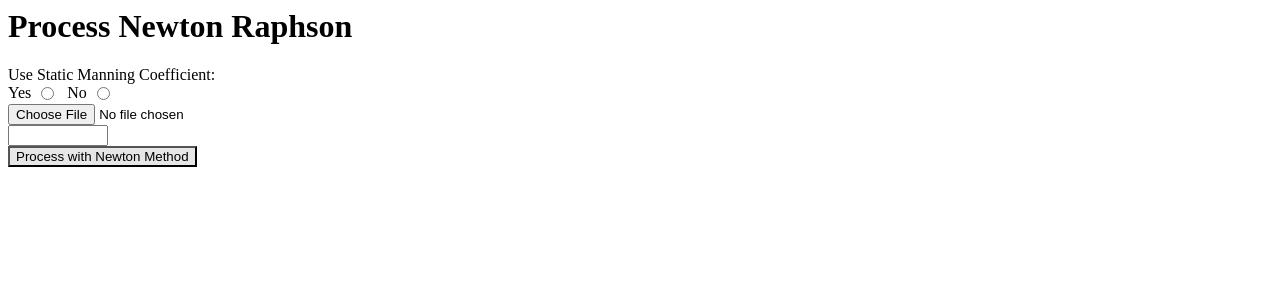
Repository: shape87/FloodAnalysis
Page: FloodAnalysis27/Web/templates/process.html
These files come from the project's save history. The page is drawn as it stood at one moment and after the next save; the edit follows.
The browser window is 1280 px wide. The pictures show the whole page.

Above is the page before, as saved 2017-01-23 14:53:19.

After the next save:
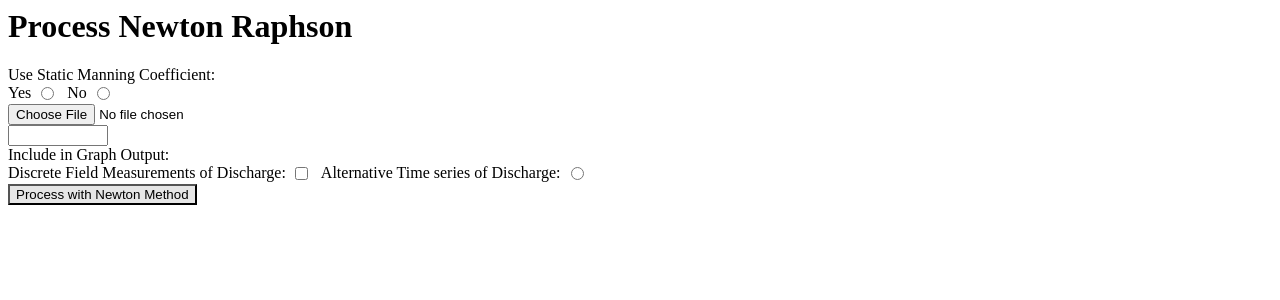
Saved 4 min 36 s later.
--- a/FloodAnalysis27/Web/templates/process.html
+++ b/FloodAnalysis27/Web/templates/process.html
@@ -13,7 +13,7 @@
 
 	 <div id="table_calc">
 	 	<div class="form-group">
-		  <input id="channel_properties_file" type="file" name="channel_properties_file" />
+		  <input id="manning_file" type="file" name="manning_file" />
 	 	</div>
 	 </div>
 
@@ -22,6 +22,17 @@
 		  <input style="width: 100px" type="text" class="form-control"
 		  id="manning_coef" name="manning_coef" />
 		</div>
+	 </div>
+
+	 <div class="form-group">
+		  <label>Include in Graph Output:</label><br />
+		  <div style="height: 20px">
+		  <label style="float:left; margin-right: 5px">Discrete Field Measurements of Discharge:</label>
+		  <input style="float:left" type="checkbox" name="manning" class="manning_radio" id="discrete_output" />
+
+		  <label style="float:left; margin-left: 10px; margin-right: 5px">Alternative Time series of Discharge:</label>
+		  <input style="float:left" type="radio" name="manning" class="manning_radio" id="table_manning" />
+		  </div>
 	 </div>
 
 	<div class="form-group">
